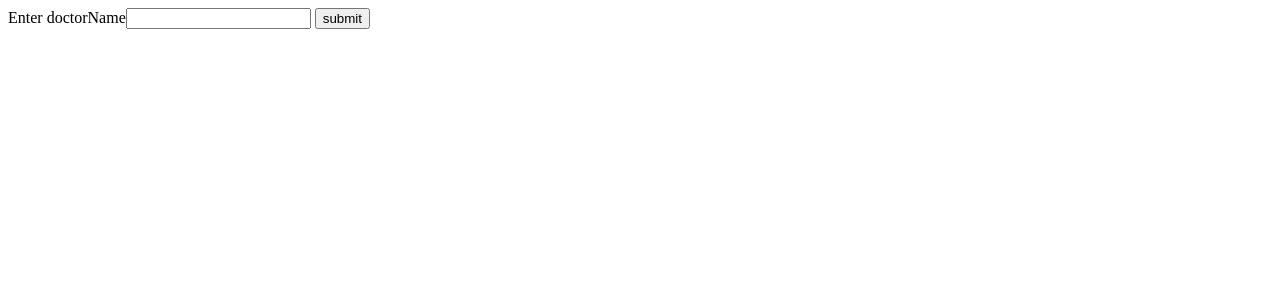
Repository: Kavya-C1/eclipsejava
Page: http://localhost/DoctorAppMaven/
The author's editor kept a copy of each file at every save. The page is drawn from the files as they stood at one save, then again after a run of saves.
The browser window is 1280 px wide. The pictures show the whole page.
The page is served by Tomcat 9. Other server files are loaded and not shown.

Above is the page before, as saved 2024-03-15 09:22:34.

### DoctorAppMaven/src/main/webapp/index.jsp
<%@ page language="java" contentType="text/html; charset=ISO-8859-1"
    pageEncoding="ISO-8859-1"%>
<!DOCTYPE html>
<html>
<head>
<meta charset="ISO-8859-1">
<title>Insert title here</title>
</head>
<body>

<form action="searchServlet">
Enter doctorName<input type="text" name="doctorName">
<input type="submit" value="submit">

<br><br><br><br>


<a href="login.jsp" name="login"

</body>
</html>

After the next 2 saves:
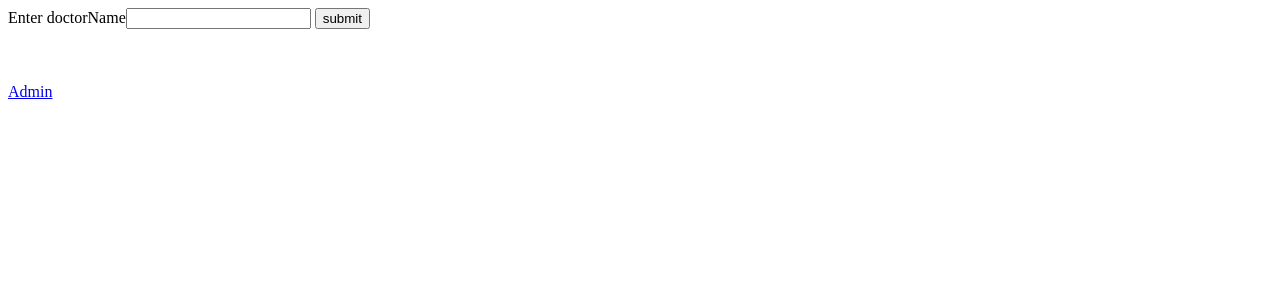
The 2 saves are shown as one change because they came seconds apart.
The last was saved 9 s later.
--- a/DoctorAppMaven/src/main/webapp/index.jsp
+++ b/DoctorAppMaven/src/main/webapp/index.jsp
@@ -15,7 +15,7 @@ Enter doctorName<input type="text" name="doctorName">
 <br><br><br><br>
 
 
-<a href="login.jsp" name="login"
+<a href="login.jsp" name="loginadmin">Admin</a>
 
 </body>
 </html>
